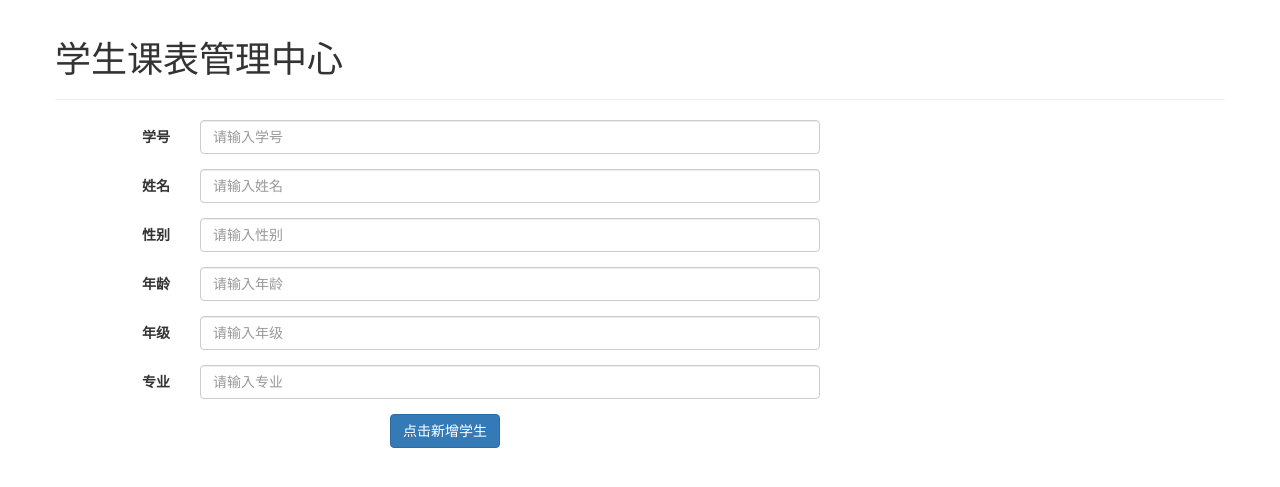
Repository: JetChen07/mybatis
Page: http://localhost/course/addstudent.jsp
These files come from the project's save history. The page is drawn as it stood at one moment and after the next save; the edit follows.
The browser window is 1280 px wide. The pictures show the whole page.
The page is served by Tomcat 9. Nobody is signed in. The application's start-up code is not run.

Above is the page before, as saved 2018-05-22 01:31:38.

After the next save:
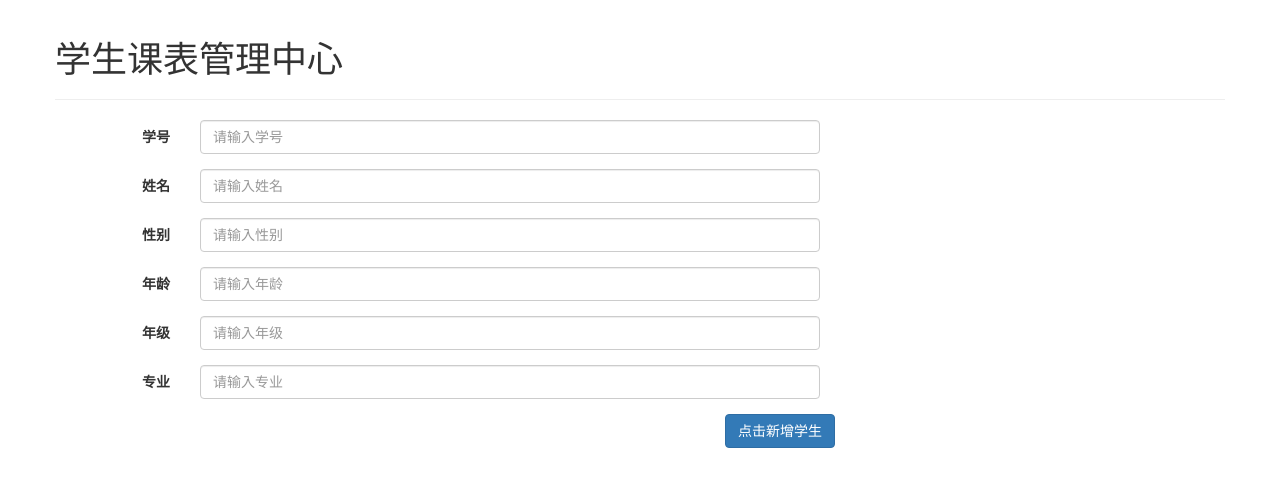
Saved 15 s later.
--- a/course/src/main/webapp/addstudent.jsp
+++ b/course/src/main/webapp/addstudent.jsp
@@ -55,7 +55,7 @@
                         <input type="text" class="form-control" id="phone" name="phone"  placeholder="请输入专业">
                     </div>
                 </div>
-                <div class="form-group" align="center">
+                <div class="form-group" align="right">
                     <input type="submit" value="点击新增学生" class="btn btn-primary">
                 </div>
             </form>
